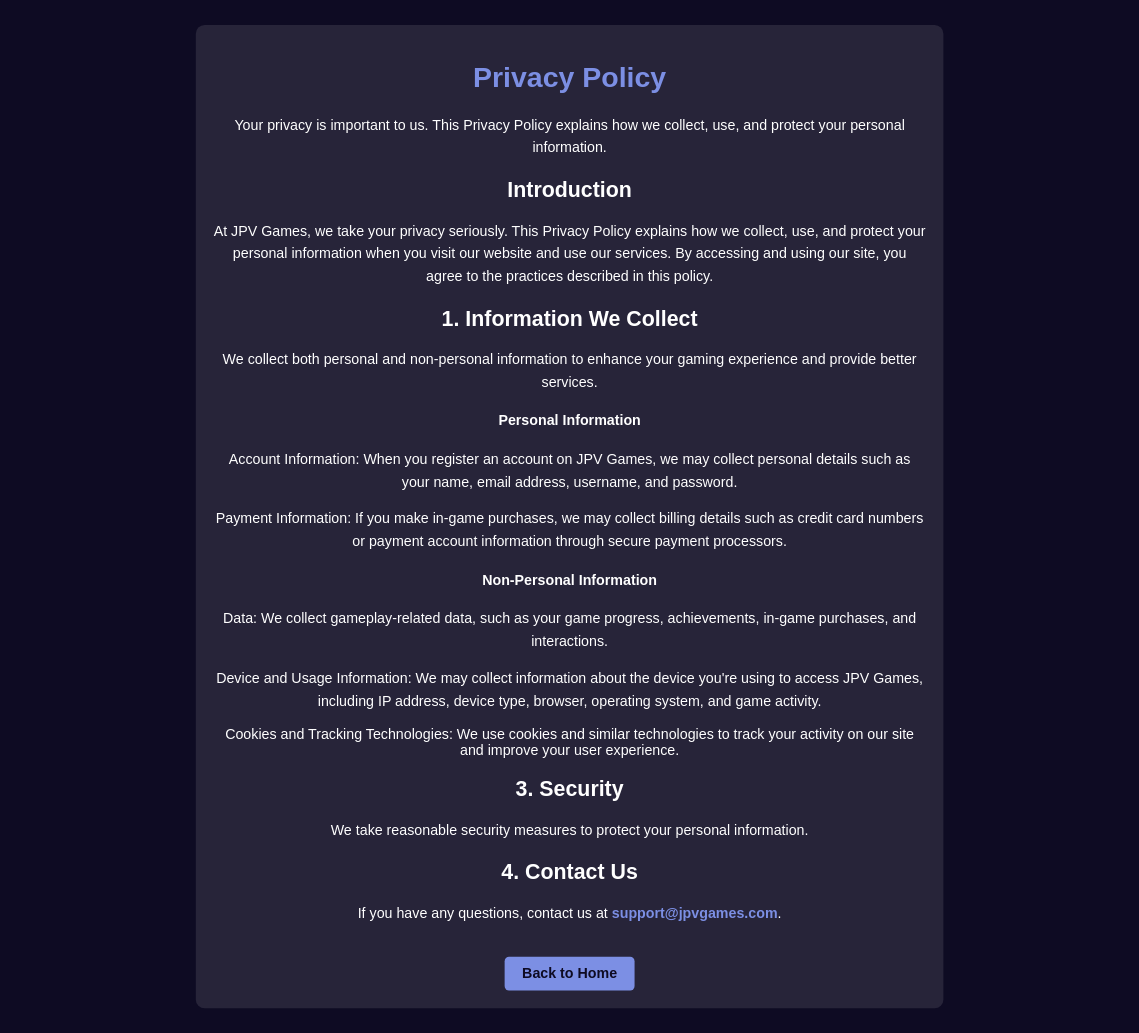
Repository: meenadabhii/jpygames.com
Page: http://localhost/privacy-policy.html
An editor plug-in stored every save of this project. The page is shown before and after the next save, followed by the edit.
The browser window is 1280 px wide. The pictures show the whole page, at 89% of full size.
The page is served by the project's Node server (app.js).

Above is the page before, as saved 2025-02-08 10:43:30.

### nodejs/views/privacy-policy.html
<!DOCTYPE html>
<html lang="en">
<head>
    <meta charset="UTF-8">
    <meta name="viewport" content="width=device-width, initial-scale=1.0">
    <title>Privacy Policy</title>
    <style>
        body {
            background-color: #0e0b23; /* Dark background */
            color: #ffffff; /* White text */
            font-family: Arial, sans-serif;
            text-align: center;
            padding: 20px;
        }

        .container {
            max-width: 800px;
            margin: auto;
            background: rgba(255, 255, 255, 0.1);
            padding: 20px;
            border-radius: 10px;
        }

        h1 {
            color: #7c8fe4;;
        }

        p {
            line-height: 1.6;
        }

        a {
            color:#7c8fe4;;
            text-decoration: none;
            font-weight: bold;
        }

        a:hover {
            text-decoration: underline;
        }

        .button {
            display: inline-block;
            background: #7c8fe4;
            color: #0e0b23;
            padding: 10px 20px;
            border-radius: 5px;
            margin-top: 20px;
            text-decoration: none;
            font-weight: bold;
        }

        .button:hover {
            background: #4b69f0;
        }
    </style>
</head>
<body>
    <div class="container">
        <h1>Privacy Policy</h1>
        <p>Your privacy is important to us. This Privacy Policy explains how we collect, use, and protect your personal information.</p>

        <h2>Introduction</h2>
        <p>At JPV Games, we take your privacy seriously. This Privacy Policy explains how we collect, use, and protect your personal information when you visit our website and use our services. By accessing and using our site,
             you agree to the practices described in this policy.</p>

        <h2>1. Information We Collect</h2>
        <p>We collect both personal and non-personal information to enhance your gaming experience and provide better services.

        </p>
        <h4>Personal Information</h4>
        <p>Account Information: When you register an account on JPV Games, we may collect personal details such as your name, email address, username, and password.</p>
        <p>Payment Information: If you make in-game purchases, we may collect billing details such as credit card numbers or payment account information through secure payment processors.</p>

        <h4>Non-Personal Information</h4>
        <p> Data: We collect gameplay-related data, such as your game progress, achievements, in-game purchases, and interactions.</p>
<p>Device and Usage Information: We may collect information about the device you're using to access JPV Games, including IP address, device type, browser, operating system, and game activity.</p>
Cookies and Tracking Technologies: We use cookies and similar technologies to track your activity on our site and improve your user experience.

        <h2>3. Security</h2>
        <p>We take reasonable security measures to protect your personal information.</p>

        <h2>4. Contact Us</h2>
        <p>If you have any questions, contact us at <a href="mailto:support@jpvgames.com">support@jpvgames.com</a>.</p>

        <a href="/" class="button">Back to Home</a>
    </div>
</body>
</html>

### nodejs/app.js

const express = require('express')
const app = express()
const port = 6600
const ejs = require('ejs')
const path = require('path')
const fs = require('fs')

app.use(express.static('public'))
app.set('views', path.join(__dirname,'/views'))
app.set('view engine', 'ejs')

const games = JSON.parse(fs.readFileSync('./game.json','utf-8'));

app.use(express.static(path.join(__dirname, 'public')));

app.get('/privacy-policy.html', (req, res) => {
    res.sendFile(path.join(__dirname, 'views', 'privacy-policy.html'));
});

app.get('/', (req, res) => {
    return res.render('home',{games});
})

app.get('/game/:name', (req, res) => {
    const find = games.filter(i => i.slug == req.params.name);
    const newdata = [...Array(8)].map(i => games[(Math.floor(Math.random() * games.length))]);

    if (!find.length) {
        return res.send('404')
    }
    return res.render('singel',{data:find[0], newdata});
})

app.get('/category/:name', (req, res) => {
    const find = games.filter(i => i.type == req.params.name);
    if (!find.length) {
        return res.send('404')
    }
    return res.render('category',{data:find});
})

app.get('/game/:name/play', (req, res) => {
    const find = games.filter(i => i.slug == req.params.name);
    if (!find.length) {
        return res.send('404')
    }
    return res.render('play',{data:find[0]});
})

app.listen(port, () => {
    console.log(`Example app listening on port ${port}`)
})

### nodejs/game.json
[
    {
        "slug":"up-hill-racing",
        "name":"Up Hill Racing",
        "img":"/image/uphillracing.png",
        "type":"sport",
        "url":"https://softgames.cdn.start.gg/9mw8rk6nb6kr/v2/index.html"
    },

    {
        "slug":"midnight-pool-classic",
        "name":"Midnight Pool Classic",
        "img":"/image/midnightpoolclassic.png",
        "type":"sport",
        "url":"https://poolrush.frvr.com/"
    },
    {
        "slug":"gameloft-sports-minigame",
        "name":"Gameloft Sports Minigame",
        "img":"/image/gameloftsportsminigame.png",
        "type":"action",
        "url":"https://cdn.ludigames.com/microsoft/start-gameloftSportsMinigameCollection/08-cdn/h5/gameloftSportsMinigameCollectionFree/play.html"
    },

    {
        "slug":"bike-racing",
        "name":"Bike Racing",
        "img":"/image/bikeracing.png",
        "type":"sport",
        "url":"https://softgames.cdn.start.gg/9pjmwr3lfc0d/v5/index.html"
    },
    {
        "slug":"solitaire-champions",
        "name":"Solitaire Champions",
        "img":"/image/solitairechampions.png",
        "type":"sport",
        "url":"https://hammerplay.cdn.start.gg/9nf29519b076/v1/index.html"
    },
    {
        "slug":"bubble-fall",
        "name":"Bubble Fall",
        "img":"/image/bubblefall.png",
        "type":"arcade",
        "url":"https://html5.suncs.io/bubble-fall/msg/"
    },

    {
        "slug":"idle-mining-empire",
        "name":"Idle Mining Empire",
        "img":"/image/idleminingempire.png",
        "type":"action",
        "url":"https://marketjs.cdn.start.gg/9n3wz0fzx1hr/v27/index.html"
    },
    {
        "slug":"harbor-operator",
        "name":"Harbor Operator",
        "img":"/image/harboroperator.png",
        "type":"action",
        "url":"https://marketjs.cdn.start.gg/9pbd0qpb8kwz/v5/index.html"
    },
    {
        "slug":"backgammon",
        "name":"Backgammon",
        "img":"/image/backgammon.png",
        "type":"arcade",
        "url":"https://marketjs.cdn.start.gg/9n7mfxkl7w06/v5/index.html"
    },
    {
        "slug":"hotel-manager",
        "name":"Hotel Manager",
        "img":"/image/hotelmanager.png",
        "type":"arcade",
        "url":"https://codethislab.cdn.start.gg/9mt20fq1f5zj/v1/index.html"
    },
    {
        "slug":"ultimate-tic-tac-toe",
        "name":"Ultimate Tic Tac Toe",
        "img":"/image/ultimatetictactoe.png",
        "type":"arcade",
        "url":"https://codethislab.cdn.start.gg/9p4z7gtl3mlh/v9/index.html"
    },
    {
        "slug":"island-of-treasures",
        "name":"Island of Treasures",
        "img":"/image/islandoftreasures.png",
        "type":"action",
        "url":"https://hammerplay.cdn.start.gg/9pk306zzrpr5/v6/index.html"
    },
    {
        "slug":"blackjack",
        "name":"Blackjack",
        "img":"/image/blackjack.png",
        "type":"sport",
        "url":"https://codethislab.cdn.start.gg/9mt4hk2d6rcn/v1/index.html"
    },
    {
        "slug":"roulette-royale",
        "name":"Roulette Royale",
        "img":"/image/rouletteroyale.png",
        "type":"sport",
        "url":"https://codethislab.cdn.start.gg/9pmdqv93xn3r/v1/index.html"
    },
    {
        "slug":"mk48",
        "name":"Mk48",
        "img":"/image/mk48.png",
        "type":"action",
        "url":"https://microsoft.mk48.io/"
    },
    {
        "slug":"parking-block",
        "name":"Parking Block",
        "img":"/image/parking-block.png",
        "type":"sport",
        "url":"https://codethislab.cdn.start.gg/9mwhlgqzrsf2/v1/index.html"
    },
    {
        "slug":"code-bananas",
        "name":"Code Bananas",
        "img":"/image/code-bananas.png",
        "type":"action",
        "url":"https://marketjs.cdn.start.gg/9nt6qmtc0mnc/v3/index.html"
    },
    {
        "slug":"stack-the-containers",
        "name":"Stack The Containers",
        "img":"/image/stack-the-containers.png",
        "type":"arcade",
        "url":"https://marketjs.cdn.start.gg/9pk2c9cd597r/v4/index.html"
    },
    {
        "slug":"secrets-of-charmland",
        "name":"Secrets of Charmland",
        "img":"/image/secrets-of-charmland.png",
        "type":"arcade",
        "url":"https://adventure.cleverappssg.com/publish/html5/msstart/"
    },
    {
        "slug":"stickman-brawl",
        "name":"Stickman Brawl",
        "img":"/image/stickman-brawl.png",
        "type":"arcade",
        "url":"https://marketjs.cdn.start.gg/9pmxzdnh0xcq/v9/index.html"
    },
    {
        "slug":"bricks-breaker-deluxe-crusher",
        "name":"Bricks Breaker Deluxe Crusher",
        "img":"/image/bricks-breaker-deluxe-crusher.png",
        "type":"arcade",
        "url":"https://playzool.com/games/bricksBreaker/"
    },
    {
        "slug":"planet-chaos",
        "name":"Planet Chaos",
        "img":"/image/planet-chaos.png",
        "type":"arcade",
        "url":"https://hammerplay.cdn.start.gg/9mtndqf7rjgg/v6/index.html"
    },

    {
        "slug":"jewel-academy",
        "name":"Jewel Academy",
        "img":"/image/jewel-academy.png",
        "type":"arcade",
        "url":"https://cdn.games.mobinozer.com/ext/msn/msn-jewel-academy/prod-msn/v7/"
    },
    {
        "slug":"tile-connect-master",
        "name":"Tile Connect Master",
        "img":"/image/tile-connect-master.png",
        "type":"arcade",
        "url":"https://tile-connect.sunfs.app/ms-games/"
    },
    {
        "slug":"4-pics-1-word",
        "name":"4 Pics 1 Word",
        "img":"/image/4-pics-1-word.png",
        "type":"arcade",
        "url":"https://start.4pics1word.app/"
    },
    {
        "slug":"candy-world-match3-mania",
        "name":"Candy World : match3 mania",
        "img":"/image/candy-world-match3-mania.png",
        "type":"arcade",
        "url":"https://playzool.com/games/candyWorldMM/"
    },
    {
        "slug":"spades",
        "name":"Spades",
        "img":"/image/spades.png",
        "type":"arcade",
        "url":"https://marketjs.cdn.start.gg/9n965bpl2zp1/v12/index.html"
    },
    {
        "slug":"candy-riddles-free-match-3-puzzle",
        "name":"Candy Riddles: Free Match 3 Puzzle",
        "img":"/image/candy-riddles-free-match-3-puzzle.png",
        "type":"arcade",
        "url":"https://riddles.labsystech.ru/publish/html5/msstart/"
    },

    {
        "slug":"cricket-frvr",
        "name":"Cricket FRVR",
        "img":"/image/cricket-frvr.png",
        "type":"sport",
        "url":"https://cricket.frvr.com/"
    },
    {
        "slug":"rally-champion",
        "name":"Rally Champion",
        "img":"/image/rally-champion.png",
        "type":"sport",
        "url":"https://marketjs.cdn.start.gg/9pmdcq52j3hj/v1/index.html"
    },

    {
        "slug":"hunter-hitman",
        "name":"Hunter Hitman",
        "img":"/image/hunter-hitman.png",
        "type":"action",
        "url":"https://marketjs.cdn.start.gg/9n8bq7npxbfw/v9/index.html"
    },

    {
        "slug":"bubbles",
        "name":"Bubbles",
        "img":"/image/bubbles.png",
        "type":"arcade",
        "url":"https://cdn.games.mobinozer.com/ext/msn/msn-bubbles/prod/v1/"
    },
    {
        "slug":"kite-play",
        "name":"Kite Play",
        "img":"/image/kite-play.png",
        "type":"action",
        "url":"https://cdn.ludigames.com/microsoft/start-kite/06-cdn/h5/kiteFree/play.html"
    },
    {
        "slug":"idle-hotel-empire",
        "name":"Idle Hotel Empire",
        "img":"/image/idle-hotel-empire.png",
        "type":"arcade",
        "url":"https://marketjs.cdn.start.gg/9n4rmz09hx1v/v7/index.html"
    },
    {
        "slug":"blockbuster-adventures-puzzle",
        "name":"BlockBuster: Adventures Puzzle",
        "img":"/image/blockbuster-adventures-puzzle.png",
        "type":"arcade",
        "url":"https://woodenblock.cleverappssg.com/publish/html5/msstart/"
    },
    {
        "slug":"ludo-classic-a-dice-game",
        "name":"Ludo classic : a dice game",
        "img":"/image/ludo-classic-a-dice-game.png",
        "type":"arcade",
        "url":"https://playzool.com/games/ludoClassicADG/"
    },
    {
        "slug":"basketball-all-stars",
        "name":"Basketball All Stars",
        "img":"/image/basketball-all-stars.png",
        "type":"sport",
        "url":"https://softgames.cdn.start.gg/9ndkp76s2h24/v10/index.html"
    },
    {
        "slug":"designville",
        "name":"Designville",
        "img":"/image/designville.png",
        "type":"arcade",
        "url":"https://ms-start.designville-merge.g.tapclap.com/"
    },
    {
        "slug":"darts-pro",
        "name":"Darts Pro",
        "img":"/image/darts-pro.png",
        "type":"sport",
        "url":"https://codethislab.cdn.start.gg/9n3n198l6zpj/v3/index.html"
    },
    {
        "slug":"pinball-basketball",
        "name":"Pinball Basketball",
        "img":"/image/pinball-basketball.png",
        "type":"sport",
        "url":"https://marketjs.cdn.start.gg/9n4wl4c46knl/v1/index.html"
    },
    {
        "slug":"midnight-pool-classic",
        "name":"Midnight Pool Classic",
        "img":"/image/midnight-pool-classic.png",
        "type":"sport",
        "url":"https://cdn.ludigames.com/microsoft/start-midnightPoolClassic/09-cdn/h5/midnightPoolClassicFree/"
    },
    {
        "slug":"dinosaurs-merge-master",
        "name":"Dinosaurs Merge Master",
        "img":"/image/dinosaurs-merge-master.png",
        "type":"action",
        "url":"https://dinosaurs-merge-master.sunfs.app/ms-games/"
    },
    {
        "slug":"drift-boss",
        "name":"Drift Boss",
        "img":"/image/drift-boss.png",
        "type":"action",
        "url":"https://marketjs.cdn.start.gg/9p4mrh7g580x/v10/index.html"
    },
    {
        "slug":"santa-parkour",
        "name":"Santa Parkour",
        "img":"/image/santa-parkour.png",
        "type":"arcade",
        "url":"https://marketjs.cdn.start.gg/9n7c9gz12jtz/v4/index.html"
    },
    {
        "slug":"rachel-holmes-find-differences",
        "name":"Rachel Holmes: find differences",
        "img":"/image/rachel-holmes-find-differences.png",
        "type":"arcade",
        "url":"https://differences.cleverappssg.com/publish/html5/msstart/"
    },
    {
        "slug":"liquid-puzzle-sort-the-colors",
        "name":"Liquid puzzle: sort the colors",
        "img":"/image/liquid-puzzle-sort-the-colors.png",
        "type":"arcade",
        "url":"https://playzool.com/games/liquidPuzzleSTC/"
    },
    {
        "slug":"puzzle-daily",
        "name":"Puzzle Daily",
        "img":"/image/puzzle-daily.png",
        "type":"arcade",
        "url":"https://puzzleplayz.us/g/tcap?domain=msngames.tribunecontentagency.com"
    },
    {
        "slug":"wood-block-puzzle",
        "name":"Wood Block Puzzle",
        "img":"/image/wood-block-puzzle.png",
        "type":"arcade",
        "url":"https://softgames.cdn.start.gg/9n81bzp5knxp/v10/index.html"
    },
    {
        "slug":"monopoly-sudoku",
        "name":"Monopoly Sudoku",
        "img":"/image/monopoly-sudoku.png",
        "type":"arcade",
        "url":"https://cdn.games.mobinozer.com/ext/monopoly_sudoku_microsoft/prod/3.1.3-0/"
    },
    {
        "slug":"solitaire-mahjong-juicy",
        "name":"Solitaire Mahjong Juicy",
        "img":"/image/solitaire-mahjong-juicy.png",
        "type":"arcade",
        "url":"https://softgames.cdn.start.gg/9pnq8c4vgsnr/v5/index.html"
    },
    {
        "slug":"merge-alphabet",
        "name":"Merge Alphabet",
        "img":"/image/merge-alphabet.png",
        "type":"arcade",
        "url":"https://marketjs.cdn.start.gg/9p46mtb82zkh/v19/index.html"
    },
    {
        "slug":"classic-nonogram",
        "name":"Classic Nonogram",
        "img":"/image/classic-nonogram.png",
        "type":"arcade",
        "url":"https://codethislab.cdn.start.gg/9np2059nr3db/v24/index.html"
    },
    {
        "slug":"ultimate-sudoku",
        "name":"Ultimate Sudoku",
        "img":"/image/ultimate-sudoku.png",
        "type":"arcade",
        "url":"https://codethislab.cdn.start.gg/9nkxp0kxmpdz/v1/index.html"
    },
    {
        "slug":"kubok-999",
        "name":"Kubok 999",
        "img":"/image/kubok-999.png",
        "type":"arcade",
        "url":"https://kubok.it/games/kubok-999/index-70.html"
    },
    {
        "slug":"lights",
        "name":"lights",
        "img":"/image/lights.png",
        "type":"arcade",
        "url":"https://codethislab.cdn.start.gg/9nkbwk7x5858/v1/index.html"
    },
    {
        "slug":"parking-panic",
        "name":"Parking panic",
        "img":"/image/parking-panic.png",
        "type":"arcade",
        "url":"https://playzool.com/games/parkingPanic/"
    }
]

After the next save:
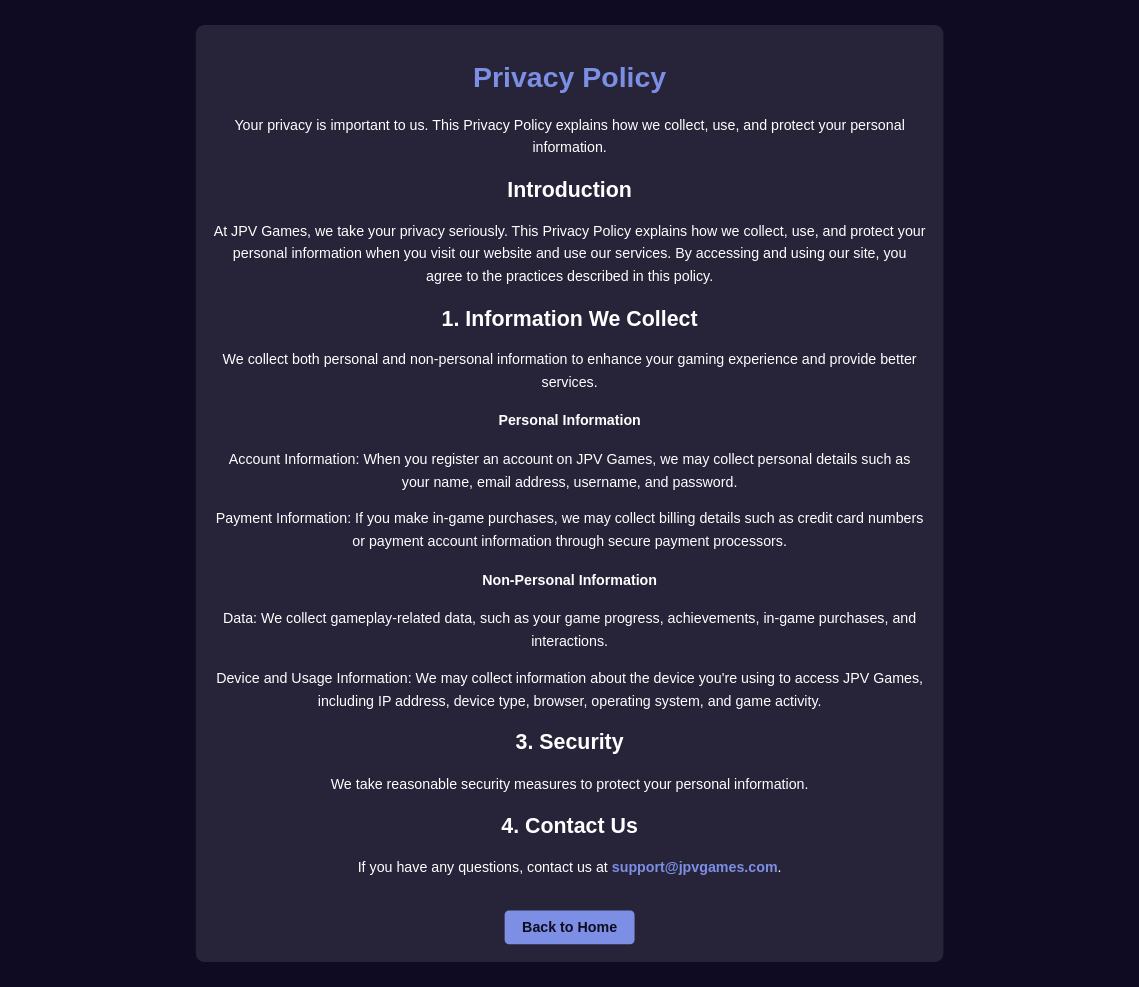
Saved 5 s later.
--- a/nodejs/views/privacy-policy.html
+++ b/nodejs/views/privacy-policy.html
@@ -75,7 +75,6 @@
         <h4>Non-Personal Information</h4>
         <p> Data: We collect gameplay-related data, such as your game progress, achievements, in-game purchases, and interactions.</p>
 <p>Device and Usage Information: We may collect information about the device you're using to access JPV Games, including IP address, device type, browser, operating system, and game activity.</p>
-Cookies and Tracking Technologies: We use cookies and similar technologies to track your activity on our site and improve your user experience.
 
         <h2>3. Security</h2>
         <p>We take reasonable security measures to protect your personal information.</p>
